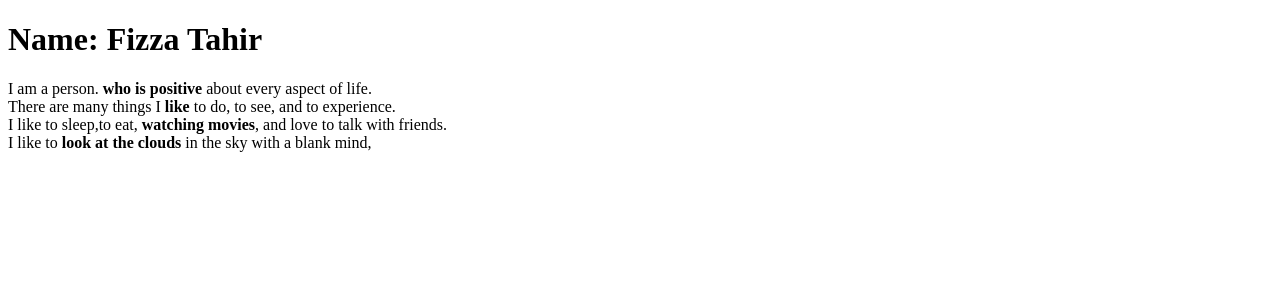
Repository: Fizza-112/portfolio
Page: html2.html
These files come from the project's save history. The page is drawn as it stood at one moment and after the next save; the edit follows.
The browser window is 1280 px wide. The pictures show the whole page.

Above is the page before, as saved 2024-08-18 06:07:08.

After the next save:
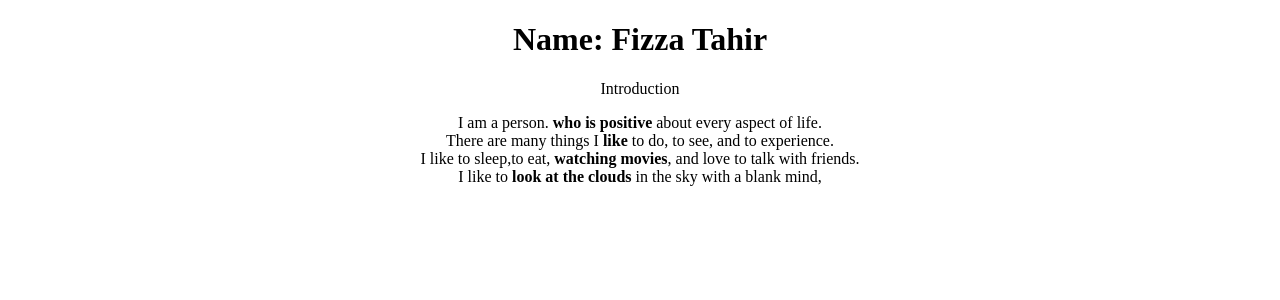
Saved 2 min 26 s later.
--- a/html2.html
+++ b/html2.html
@@ -9,9 +9,9 @@
     <script src="first.js"></script>
     <header>
         <div>
-            <h1>Name: Fizza Tahir</h1>
+            <h1 style="text-align: center;">Name: Fizza Tahir</h1>
         </div>
-        <div>
+        <div style="text-align: center;"> Introduction
             <p>I am a person. <b>who is positive</b> about every aspect of life.<br>
                 There are many things I <b>like</b> to do, to see, and to experience.<br> I like to sleep,to eat, <b>watching movies</b>,
                 and love to talk with friends.<br>I like to <b>look at the clouds</b> in the sky with a blank mind,<br>
